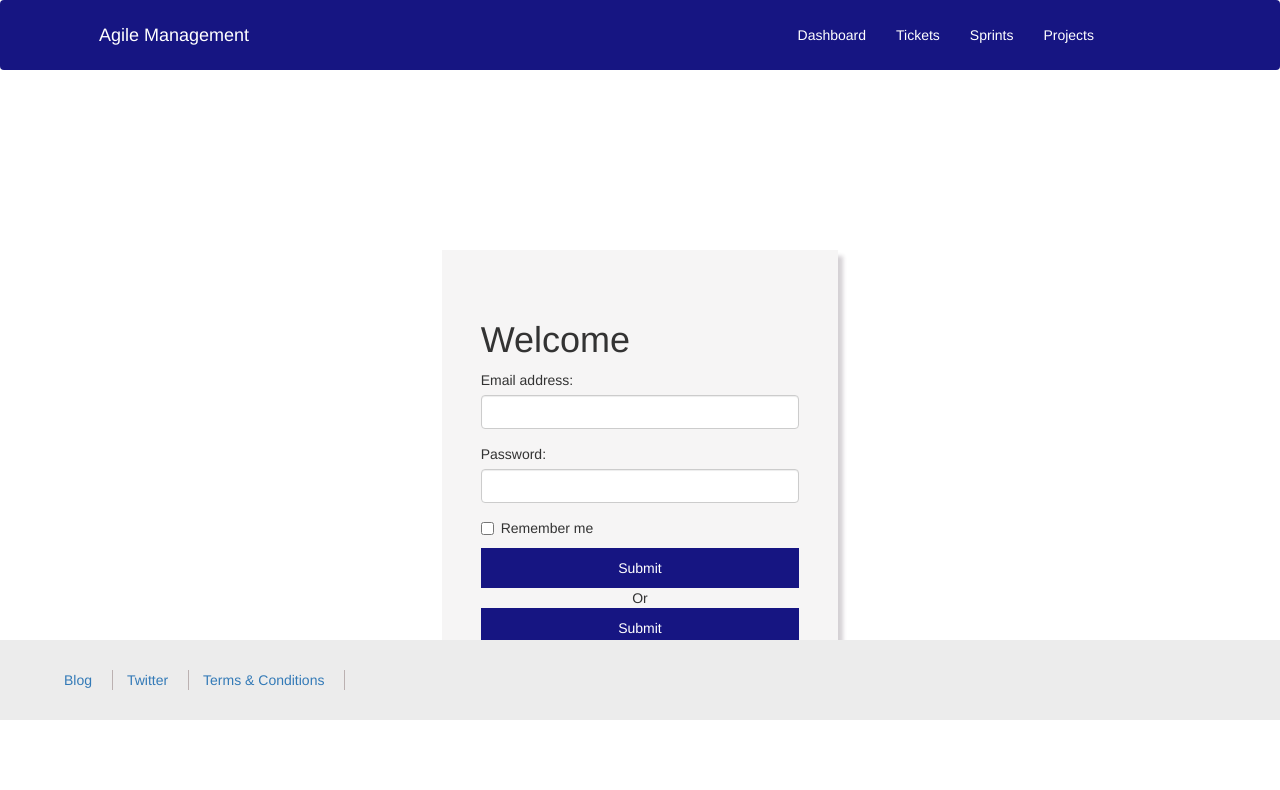
Repository: princexavier/agil
Page: http://localhost/Agile/login.jsp
An editor plug-in stored every save of this project. The page is shown before and after the next save, followed by the edit.
The browser window is 1280 px wide. The pictures show the whole page.
Some web libraries are served in a nearby version. The page is served by Tomcat 9.

Above is the page before, as saved 2018-01-19 08:36:26.

After the next save:
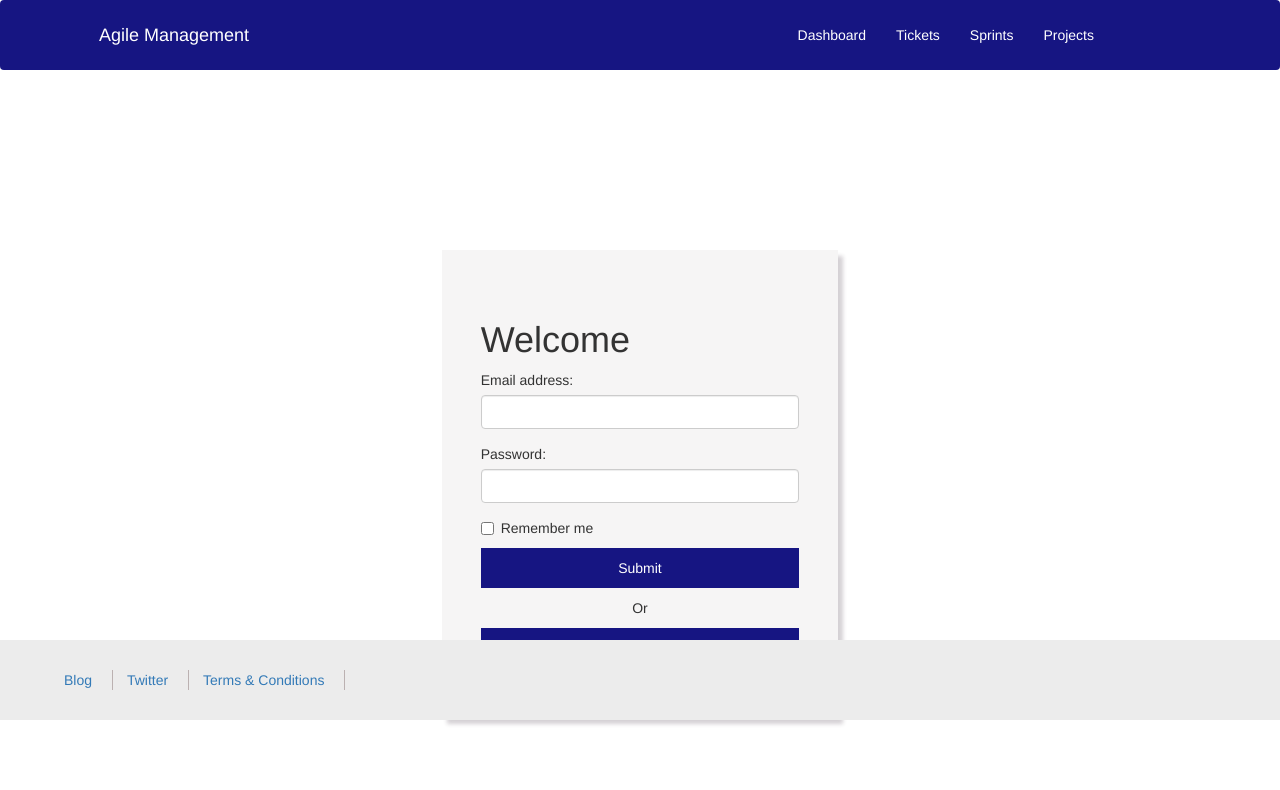
Saved 8 s later.
--- a/workspace/Agile/WebContent/login.jsp
+++ b/workspace/Agile/WebContent/login.jsp
@@ -57,7 +57,7 @@
 					</div>
 					<input type="submit"
 						style="padding: 10px 0px; border: none; width: 100%; background: #161582; color: #fff;">
-					<span style="display:block;text-align:center;">Or</span>
+					<span style="display:block;text-align:center;padding:10px;">Or</span>
 					<input type="submit"
 						style="padding: 10px 0px; border: none; width: 100%; background: #161582; color: #fff;">
 				</form>
